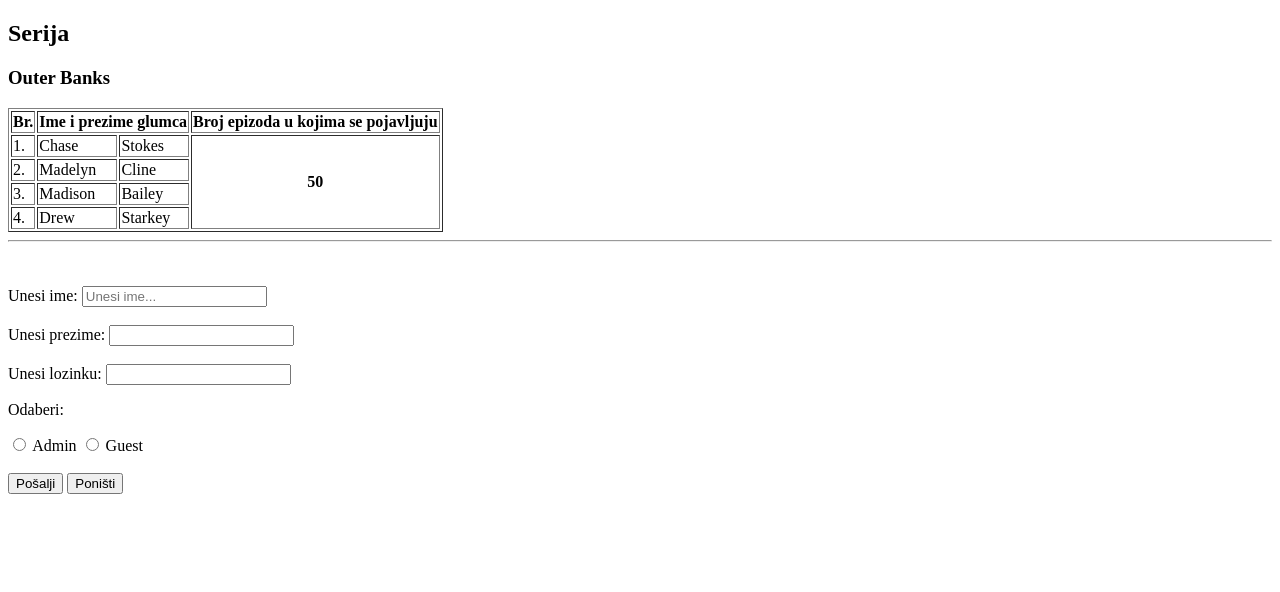
Repository: larabiondic/wp_biondic_lara
Page: Domace zadace/Zadaća.2.html
The author's editor kept a copy of each file at every save. The page is drawn from the files as they stood at one save, then again after the next save.
The browser window is 1280 px wide. The pictures show the whole page.

Above is the page before, as saved 2025-11-03 20:45:02.

### Domace zadace/Zadaća.2.html
<!DOCTYPE html>
<html lang="en">
<head>
    <meta name="viewport" content="width=device-width, initial-scale=1.0">
    <meta name="description" content="Zadaća 2.">
    <meta name="keywords" content="HTML">
    <meta name="author" content="Lara Biondić">
    <title>Zadaća 2.</title>
</head>
<body>
    <h2>Serija</h2>
    <h3>Outer Banks</h3>
    <table border="1">
        <tr>
            <th>Br.</th>
            <th colspan="2">Ime i prezime glumca</th>
            <th>Broj epizoda u kojima se pojavljuju</th>
        </tr>
        <tr>
            <td>1.</td>
            <td>Chase</td>
            <td>Stokes</td>
            <th rowspan="4">50</th>
        </tr>
        <tr>
            <td>2.</td>
            <td>Madelyn</td>
            <td>Cline</td>

        </tr>
        <tr>
            <td>3.</td>
            <td>Madison</td>
            <td>Bailey</td>

        </tr>
        <tr>
            <td>4.</td>
            <td>Drew</td>
            <td>Starkey</td>

        </tr>

    </table>
    <hr>
    <br><br>
    <form action="#" method="get">
        <label for="ime">Unesi ime:</label>
        <input type="text" id="Ime" placeholder="Unesi ime...">
        <br>
        <br>
        <label for="prezime">Unesi prezime:</label>
        <input type="text" id="prezime">
        <br>
        <br>
        <label for="pass">Unesi lozinku:</label>
        <input type="password" name="pass" id="pass" required>
        <br>
        <p>Odaberi:</p>
        <input type="radio" name="admin" id="admin">
        <label for="admin">Admin</label>
        <input type="radio" name="guest" id="guest">
        <label for="guest">Guest</label>
        <br>
        <br>
        <input type="submit" value="Pošalji">
        <input type="reset" value="Poništi">



    </form>
</body>
</html>

After the next save:
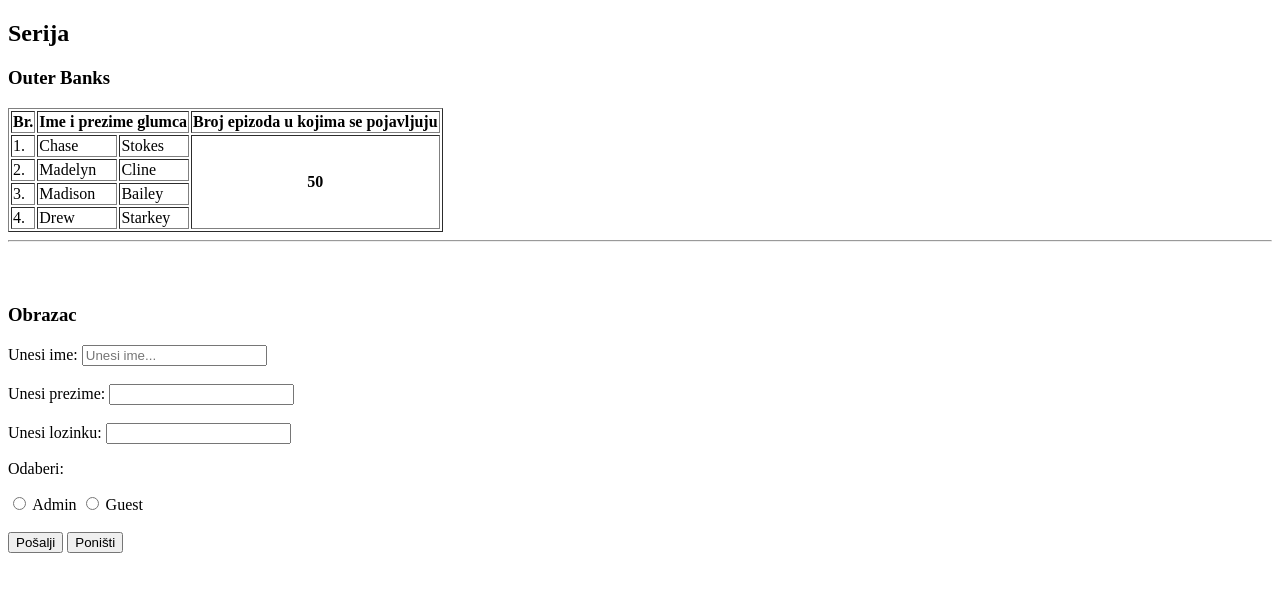
Saved 26 s later.
--- a/Domace zadace/Zadaća.2.html
+++ b/Domace zadace/Zadaća.2.html
@@ -44,6 +44,7 @@
     </table>
     <hr>
     <br><br>
+    <h3>Obrazac</h3>
     <form action="#" method="get">
         <label for="ime">Unesi ime:</label>
         <input type="text" id="Ime" placeholder="Unesi ime...">
